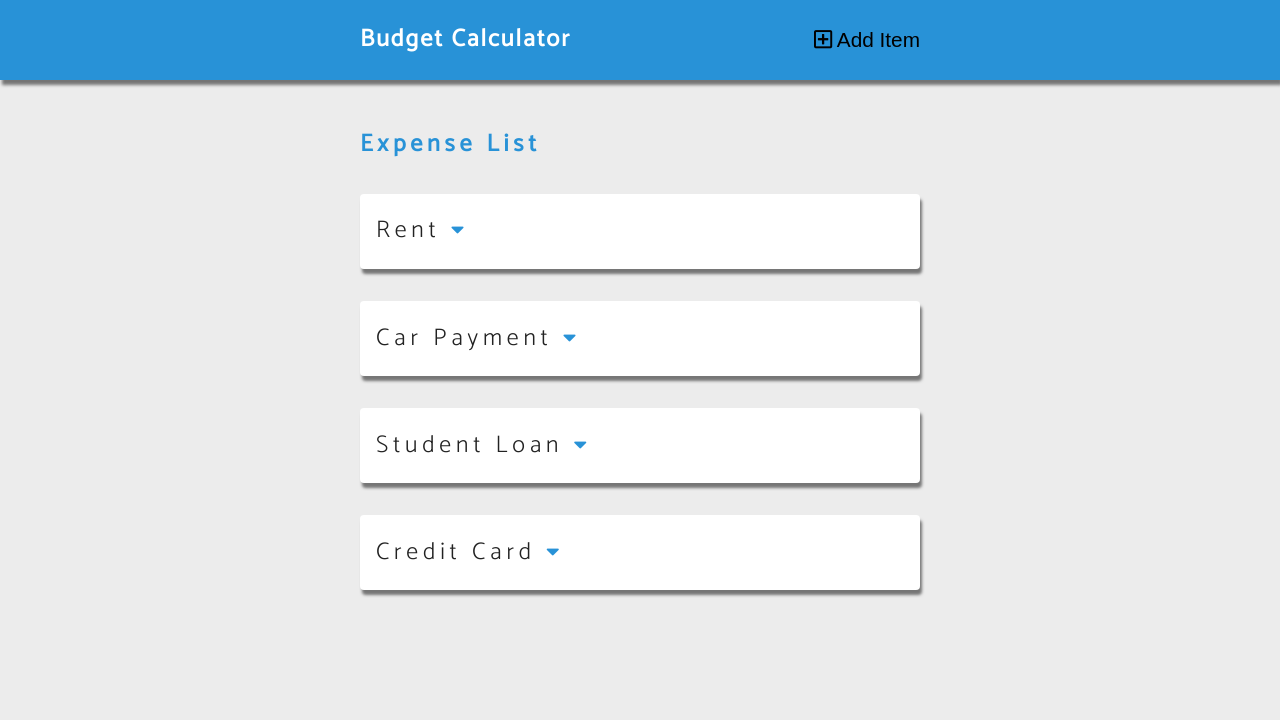
Repository: webdril/budget
Page: /
An editor plug-in stored every save of this project. The page is shown before and after the next save, followed by the edit.
The browser window is 1280 px wide. The pictures show the whole page.
The project was rebuilt for these pictures with package versions that can differ from the ones it lists, and the page was loaded fresh each time.

Above is the page before, as saved 2020-03-02 19:40:44.

### public/index.html
<!DOCTYPE html>
<html lang="en">
<head>
	<meta charset='utf-8'>
	<meta name='viewport' content='width=device-width,initial-scale=1'>

	<title>Budget Calculator</title>

	<link rel='icon' type='image/png' href='/favicon.png'>
	<link rel='stylesheet' href='/global.css'>
	<link rel='stylesheet' href='/build/bundle.css'>
	<!-- Font Awesome -->
	<link rel="stylesheet" href="fontawesome-free-5.11.2-web/css/all.min.css">

	<script defer src='/build/bundle.js'></script>
</head>

<body>
</body>
</html>

### src/App.svelte
<script>
// components
import Navbar from './Navbar.svelte'
import ExpensesList from './ExpensesList.svelte'

// Data
import expensesData from './expenses';

// variables
let expenses = [...expensesData];
</script>

<!-- CSS/STYLING -->

<Navbar />
<main class="content">
	<ExpensesList {expenses}/>
</main>

### src/Navbar.svelte
<nav class="nav">
	<div class="nav-center">
		<h1 class="nav-title">Budget Calculator</h1>
		<button type="button" class="nav-btn">
			<i class="far fa-plus-square" />
			Add Item
		</button>
	</div>
</nav>

### src/ExpensesList.svelte
<script>
import SectionTitle from './Title.svelte';
import Expense from './Expense.svelte';
export let expenses = [];
</script>

<style>
    h2 {
        text-transform: capitalize;
    }
</style>

<section>
    <SectionTitle title= 'expense list' />
    <ul>
        {#each expenses as expense, index}
            <!-- <Expense {expense}/> -->
            <!-- Anothr way below -->
            <Expense {...expense}/>
            {:else}
                <h2>Currently you have no expenses</h2>
        {/each}
    </ul>
</section>

### src/Title.svelte
<script>
export let title = "default title";

</script>


<div class="main-title">
 <h2>{title}</h2>
</div>

### src/Expense.svelte
<script>
// export let expense
// let {name, amount} = expense
// Another method below
export let id;
export let name = "";
export let amount =0;

</script>

<article class="single-expense">
    <div class="expense-infor">
        <h2>{name}
            <button class="amount-btn">
                <i class="fas fa-caret-down" />
            </button>
        </h2>
    </div>
    <div class="expense-button"></div>
</article>

### public/global.css
/*
======
Fonts
======
*/
@import url("https://fonts.googleapis.com/css?family=Catamaran:300,400&display=swap");
/*
======
Variables
======
*/
:root {
  --primaryColor: #2892d7;
  --mainWhite: #fff;
  --offWhite: #f7f7f7;
  --mainBlack: #222;
  --mainGrey: #ececec;
  --darkGrey: #afafaf;
  --mainTransition: all 0.3s linear;
  --mainSpacing: 0.3rem;
  --lightShadow: 2px 5px 3px 0px rgba(0, 0, 0, 0.5);
  --darkShadow: 4px 10px 5px 0px rgba(0, 0, 0, 0.5);
  --mainBorderRadius: 0.25rem;
}
/*
======
Global Styles
======
*/
* {
  margin: 0;
  padding: 0;
  box-sizing: border-box;
}

body {
  font-family: "Catamaran", sans-serif;
  color: var(--mainBlack);
  background: var(--mainGrey);
  line-height: 1.4;
  font-size: 1rem;
  font-weight: 300;
}
h1,
h2,
h3,
h4,
h5,
h6 {
  font-family: "Catamaran", sans-serif;
  margin-bottom: 1.25rem;
  letter-spacing: var(--mainSpacing);
}
p {
  margin-bottom: 1.25rem;
}
ul {
  list-style-type: none;
}
a {
  text-decoration: none;
  color: var(--mainBlack);
}
/*
======
Buttons
======
*/
.btn,
.btn-white,
.btn-primary {
  text-transform: uppercase;
  letter-spacing: var(--mainSpacing);
  color: var(--primaryColor);
  border: 2px solid var(--primaryColor);
  padding: 0.45rem 0.8rem;
  display: inline-block;
  transition: var(--mainTransition);
  cursor: pointer;
  font-size: 0.8rem;
  border-radius: var(--mainBorderRadius);
  background: transparent;
}
.btn:hover {
  background: var(--primaryColor);
  color: var(--mainWhite);
}
.btn-white {
  background: transparent;
  color: var(--primaryColor);
  border-color: var(--primaryColor);
}
.btn-white:hover {
  background: var(--mainWhite);
  color: var(--primaryColor);
}
.btn-primary {
  background: var(--primaryColor);
  color: var(--mainWhite);
  border-color: var(--primaryColor);
}
.btn-primary:hover {
  background: transparent;
  color: var(--primaryColor);
}
.btn-block {
  width: 100%;
  display: block;
  margin: 0 auto;
  box-shadow: var(--lightShadow);
}
.disabled {
  color: var(--darkGrey);
  border-color: var(--darkGrey);
}
.disabled:hover {
  background: transparent;
  color: var(--darkGrey);
  border-color: var(--darkGrey);
}
/*
======
Navbar
======
*/
.nav {
  background: var(--primaryColor);
  height: 5rem;
  display: flex;
  align-items: center;
  box-shadow: var(--lightShadow);
}

.nav-center {
  width: 85%;
  max-width: 35rem;
  margin: 0 auto;
  display: flex;
  justify-content: space-between;
}
.nav-title {
  text-transform: capitalize;
  color: var(--mainWhite);
  margin-bottom: 0;
  letter-spacing: 2px;
}
.nav-btn {
  background: transparent;
  font-size: 1.3rem;
  border: none;
  cursor: pointer;
  text-transform: capitalize;
  transition: var(--mainTransition);
}
.nav-btn:hover {
  color: var(--darkGrey);
}
/*
======
Content
======
*/
.content {
  padding: 3rem 0;
  width: 85vw;
  max-width: 35rem;
  margin: 0 auto;
}

/*
======
Main Title
======
*/
.main-title {
  text-transform: capitalize;
  color: var(--primaryColor);
  margin-bottom: 2rem;
}
/*
======
Single Expense
======
*/
.single-expense {
  display: flex;
  justify-content: space-between;
  text-transform: capitalize;
  align-items: center;
  margin-bottom: 2rem;
  padding: 1.3rem 1rem;
  border-radius: var(--mainBorderRadius);
  background: var(--mainWhite);
  box-shadow: var(--lightShadow);
}
.single-expense h2 {
  margin-bottom: 0;
  font-weight: 300;
}
.single-expense h4 {
  margin-bottom: 0;
  margin-top: 1rem;
  font-weight: 300;
  color: var(--primaryColor);
}

.expense-btn {
  font-size: 1rem;
  background: transparent;
  border: none;
  margin: 0 0.4rem;
  transition: var(--mainTransition);
  cursor: pointer;
}
.expense-btn:hover {
  transform: scale(1.2);
}
.amount-btn {
  font-size: 1.3rem;
  background: transparent;
  border: none;
  cursor: pointer;
  color: var(--primaryColor);
}
.delete-btn {
  color: red;
}
.edit-btn {
  color: green;
}
/*
======
Expense Form
======
*/

.expense-form {
  background: var(--mainWhite);
  padding: 1.25rem 1rem;
  text-transform: capitalize;
  border-radius: var(--mainBorderRadius);
  box-shadow: var(--lightShadow);
}

.form-control label {
  display: block;
}
.form-control input {
  width: 100%;
  border: none;
  border-bottom: 2px solid var(--darkGrey);
  margin-bottom: 1.25rem;
  padding: 0.5rem;
  font-size: 1.2rem;
}
.form-empty {
  text-align: center;
  color: red;
}
.form {
  position: relative;
  margin-bottom: 5rem;
}
.close-btn {
  position: absolute;
  top: 0;
  right: 0;
  font-size: 1.2rem;
  text-transform: capitalize;
  display: flex;
  align-items: center;
  width: 4.2rem;
  justify-content: space-between;
  background: transparent;
  border: none;
  color: red;
  cursor: pointer;
}
/*
======
Modal
======
*/
.modal-container {
  position: fixed;
  top: 0;
  left: 0;
  right: 0;
  bottom: 0;
  background: rgba(0, 0, 0, 0.7);
  z-index: 2;
}
.modal-content {
  background: var(--mainWhite);
  width: 85vw;
  max-width: 35rem;
  margin: 0 auto;
  margin-top: 5rem;
  padding: 3rem;
  border-radius: var(--mainBorderRadius);
  position: relative;
}
.modal-content .expense-form {
  box-shadow: none;
}
.modal-container .form {
  margin-bottom: 0;
}
.modal-container .expense-form {
  padding: 1.25rem 0;
}
.modal-container .form {
  position: static;
}
.modal-container .close-btn {
  top: 2%;
  right: 3%;
}
/*
======
Github Users
======
*/

.user {
  margin: 2rem 0;
  box-shadow: var(--lightShadow);
  display: grid;
  grid-template-columns: auto 1fr;
  border-radius: var(--mainBorderRadius);
  grid-column-gap: 2rem;
  background: var(--mainWhite);
}
.user img {
  width: 6rem;
  border-top-left-radius: var(--mainBorderRadius);
  border-bottom-left-radius: var(--mainBorderRadius);
}
.user-info {
  padding-top: 0.75rem;
}
.user-info h3 {
  margin-bottom: 0.75rem;
}

Loaded but not shown: src/main.js (common file); src/expenses.js (common file); public/fontawesome-free-5.11.2-web/css/all.min.css (library)

After the next save:
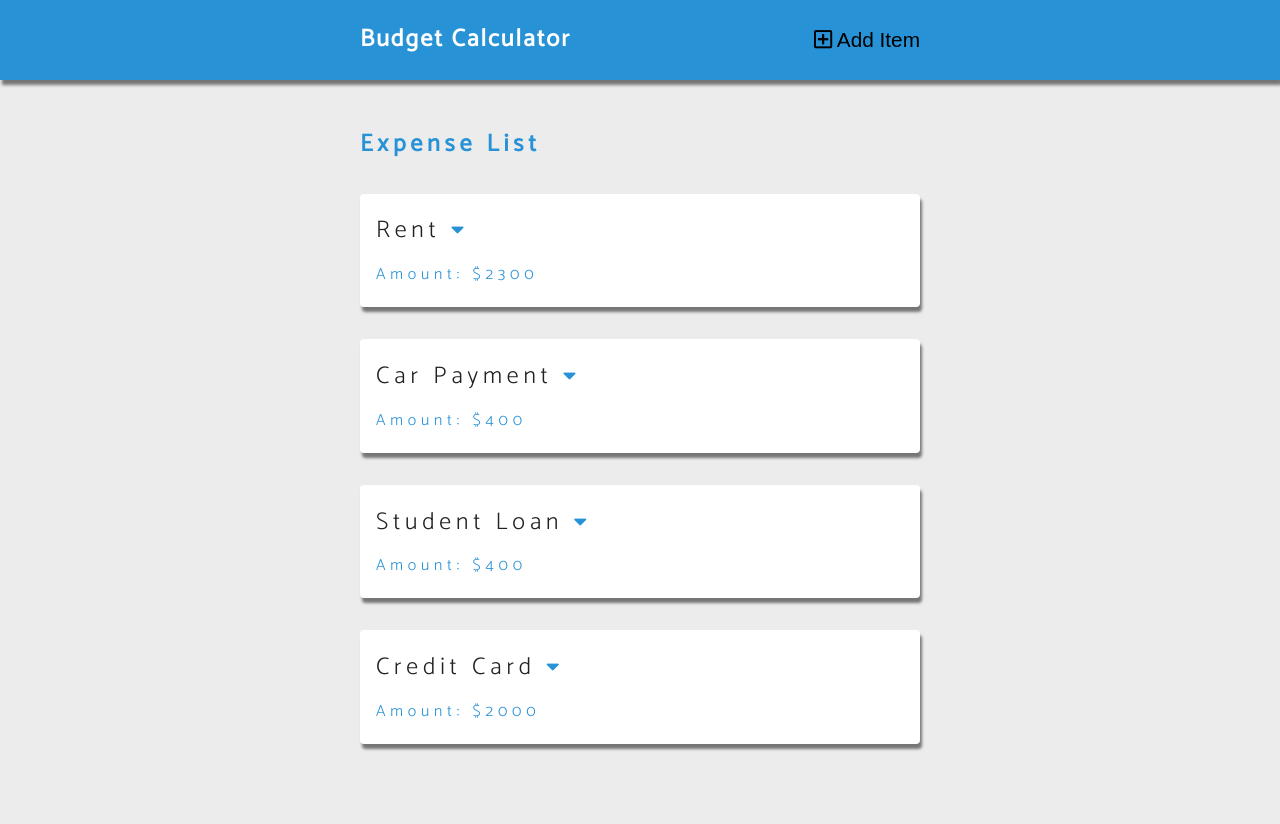
Saved 31 s later.
--- a/src/Expense.svelte
+++ b/src/Expense.svelte
@@ -15,6 +15,9 @@ export let amount =0;
                 <i class="fas fa-caret-down" />
             </button>
         </h2>
+        <h4>amount: ${amount}</h4>
     </div>
-    <div class="expense-button"></div>
+    <div class="expense-button">
+
+    </div>
 </article>
